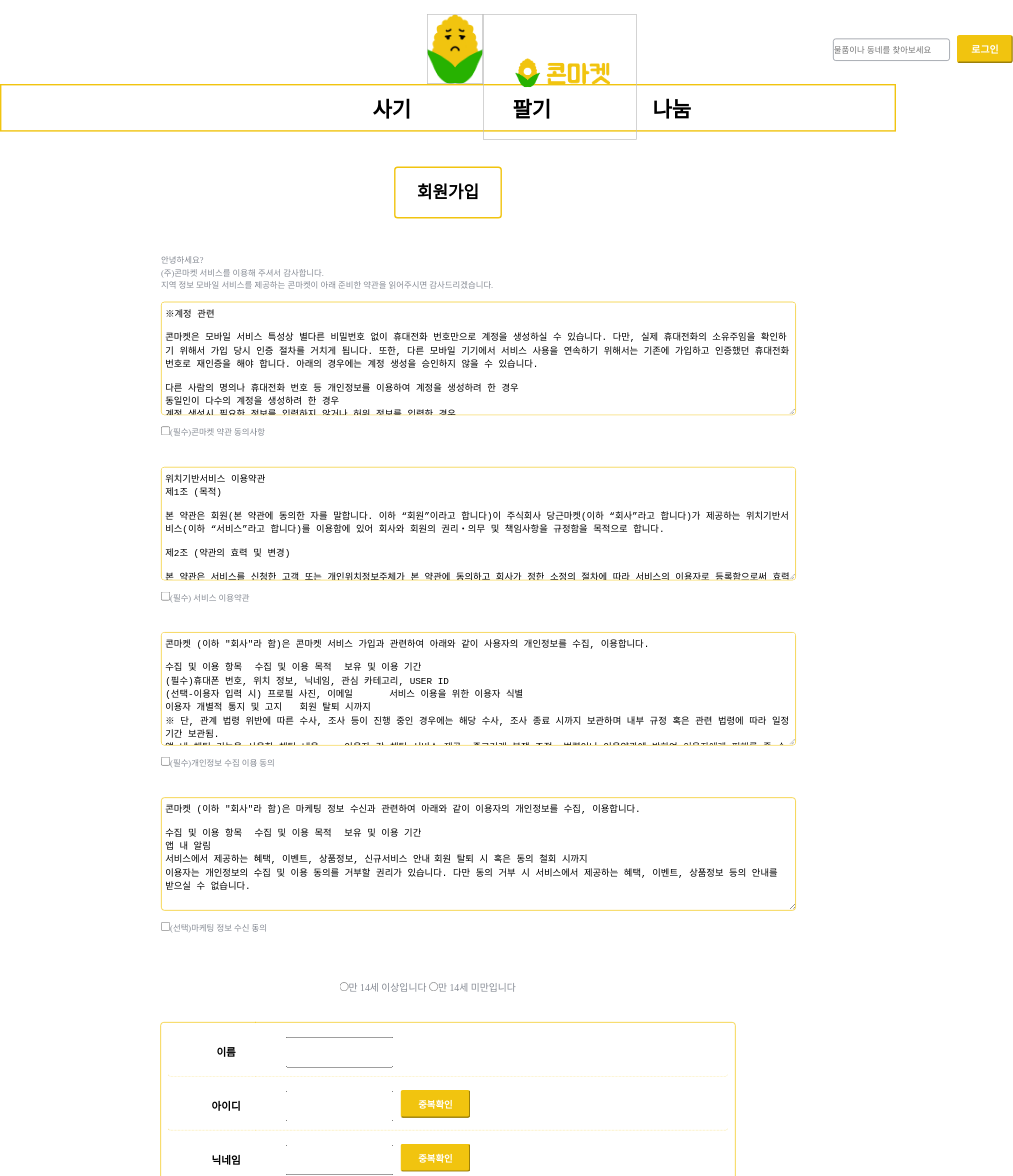
Repository: Corn-Market/Front-end
Page: http://localhost/CornMarket/resources/views/signUp.jsp
These files come from the project's save history. The page is drawn as it stood at one moment and after the next save; the edit follows.
The browser window is 1280 px wide. The page is 1447 px wide, then 1367 px, so the pictures cover 1447 px, including what lies to the right of the window. The pictures show the part of the page from y = 0 to 1680 px (the page is 2643 px tall), at 70% of full size.
Some web fonts or font styles are not loaded; a fallback is used. The page is served by Tomcat 9.

Above is the page before, as saved 2022-12-19 02:46:59.

After the next save:
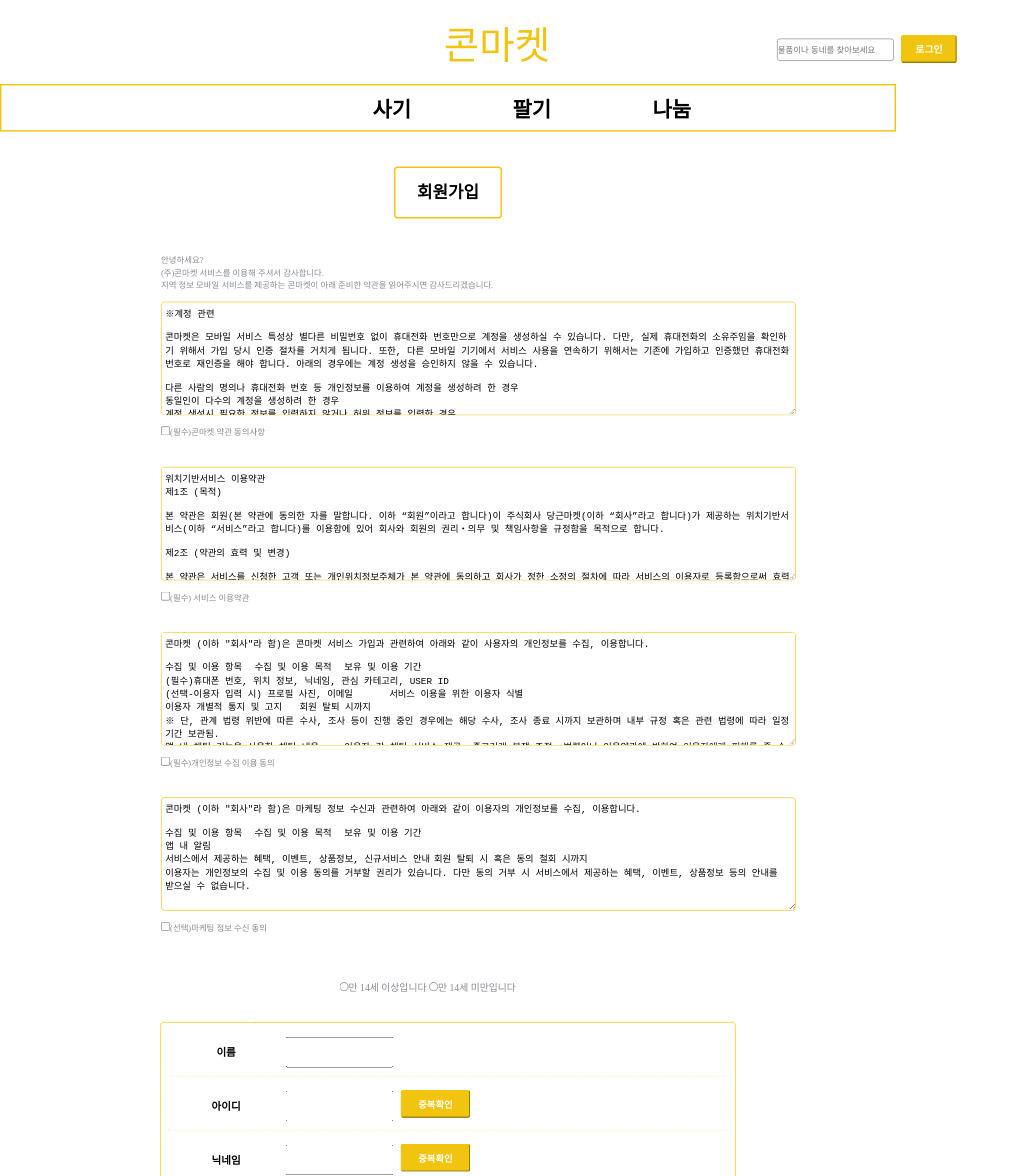
Saved 91 s later.
--- a/CornMarket/src/main/webapp/resources/views/header.jsp
+++ b/CornMarket/src/main/webapp/resources/views/header.jsp
@@ -15,8 +15,8 @@
 <body>
 <header>
         <div class="header_logo">
-            <div class="header_img"><a href="index.jsp"><img class="img_type1"></a></div>
-            <div class="header_name"><a href="index.jsp"><img class="img_type2"></a></div>
+            <div class="header_img"><a href="index.jsp"><img></a></div>
+            <div class="header_name"><a href="index.jsp">콘마켓</a></div>
         </div>
         <div class="header_search">
             <input type="text" placeholder="물품이나 동네를 찾아보세요">
